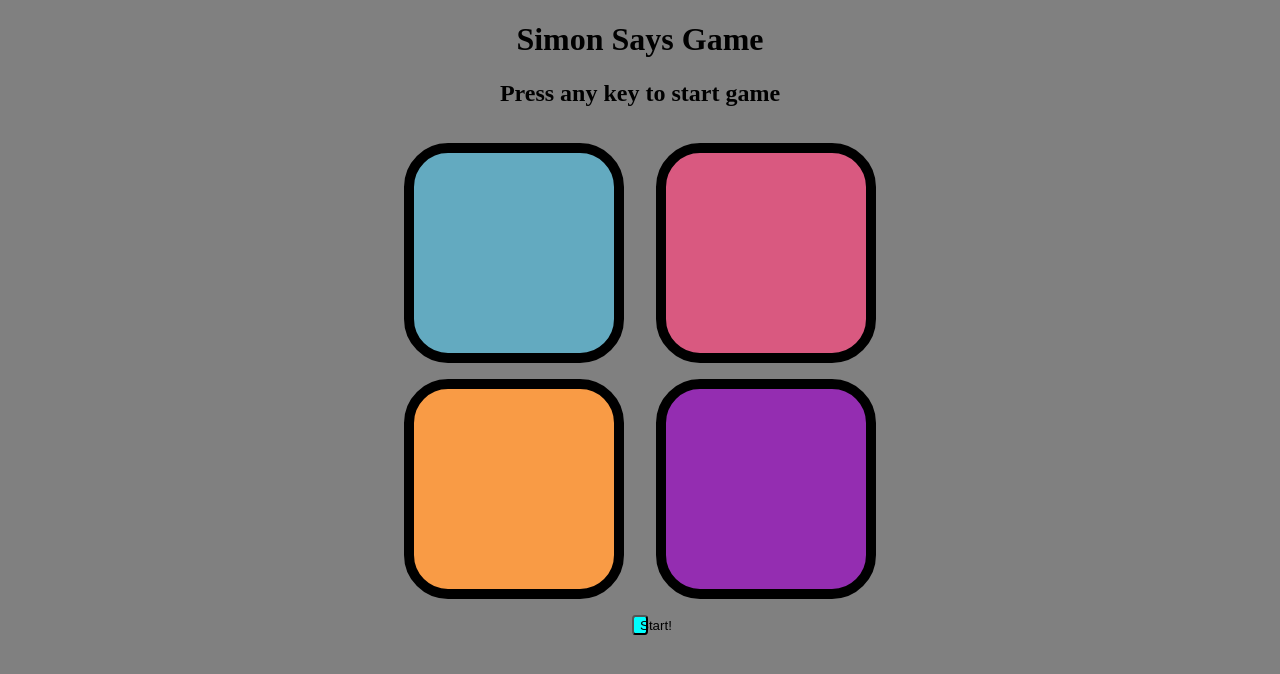
Repository: Ruchii02/javascript-mini-project
Page: index.html
These files come from the project's save history. The page is drawn as it stood at one moment and after the next save; the edit follows.
The browser window is 1280 px wide. The pictures show the whole page.

Above is the page before, as saved 2024-07-02 11:44:48.

### index.html
<!DOCTYPE html>
<html lang="en">
<head>
    <meta charset="UTF-8">
    <meta name="viewport" content="width=device-width, initial-scale=1.0">
    <title>Document</title>
    <link rel="stylesheet" href="style.css">
</head>
<body>
   <h1>Simon Says Game</h1>
   <h2>Press any key to start game</h2>
   <div class="btn-container">
    <div class="fline">
        <div class="btn green" type="button" id="green"></div>
        <div class="btn yellow" type="button" id="yellow"></div>
    </div>
    <div class="sline">
        <div class="btn red" type="button" id="red"></div>
        <div class="btn blue" type="button" id="blue"></div>
    </div>
   </div>
   <button class="sbtn">Start!</button>
   <script src="app.js"></script>
</body>
</html>

### style.css
body{
    text-align: center;
    background-color:gray;
}
.btn{
    height: 200px;
    width: 200px;
    border-radius: 20%;
    border: 10px solid black;
    margin: 1rem;

}
.sbtn{
    height: 20px;
    width: 10px;
    border-radius:20%;
    background-color: aqua;
}
.btn-container{
    display: flex;
    justify-content: center;

}
.yellow{
    background-color:#f99b45;
}
.red{
    background-color:#d95980;
}
.green{
    background-color:#63aac0;
}
.blue{
    background-color:#942db1;
}
.flash{
    background-color: white;
}
.userFlash{
    background-color: rgb(107, 209, 107);
}

### app.js
let gameSeq=[];
let userSeq=[];
 let start = false;
 let level=0;
let btns =["yellow","green","red" , "blue"];
let h2= document.querySelector("h2");

 document.addEventListener("keypress" , function(){
   if(start==false){
    console.log("game started");
    start = true;

     levelup();
   }
 });

 function btnFlash(btn){
    btn.classList.add("flash");
    //let f = document.querySelector(".flash");
    //f.background-color(white);
    setTimeout(function() {
      btn.classList.remove("flash");

    } , 250);
 }
 function userFlash(btn){
  btn.classList.add("userFlash");
  setTimeout(function() {
    btn.classList.remove("userFlash");

  } , 250);
}

 function levelup(){
  userSeq = [];
    level++;
    h2.innerText=`Level ${level}`;
     let ranInd = Math.floor(Math.random()*3);
     let ranCol= btns[ranInd];
     let ranBtn = document.querySelector(`.${ranCol}`);
     gameSeq.push(ranCol);
     btnFlash(ranBtn);
    }

    function checkAns( idx ){
      if(userSeq[idx] === gameSeq[idx]){
       if(userSeq.length == gameSeq.length){
       setTimeout(levelup,1000);
       }
      }else{
        h2.innerText   = `Game Over!<br> Your score was :<b> ${level}</b> <br>Press any key to start`;
        document.querySelector("body").style.backgroundColor = "red";
        setTimeout(function(){
          document.querySelector("body").style.backgroundColor = "gray";
        } , 150)
        reset()
      }


    }

    function btnPress (){
      let btn = this;
      userFlash(btn);
      //console.log("btn was pressed");

      userColor = btn.getAttribute("id");
      userSeq.push(userColor);

      checkAns(userSeq.length-1);

    }

    let allBtns = document.querySelectorAll(".btn");
    for(btn of allBtns){
      btn.addEventListener("click" , btnPress);
    }

    function reset(){
      start = false ;
      gameSeq = [];
      userSeq = [];
      level = 0;
    }

After the next save:
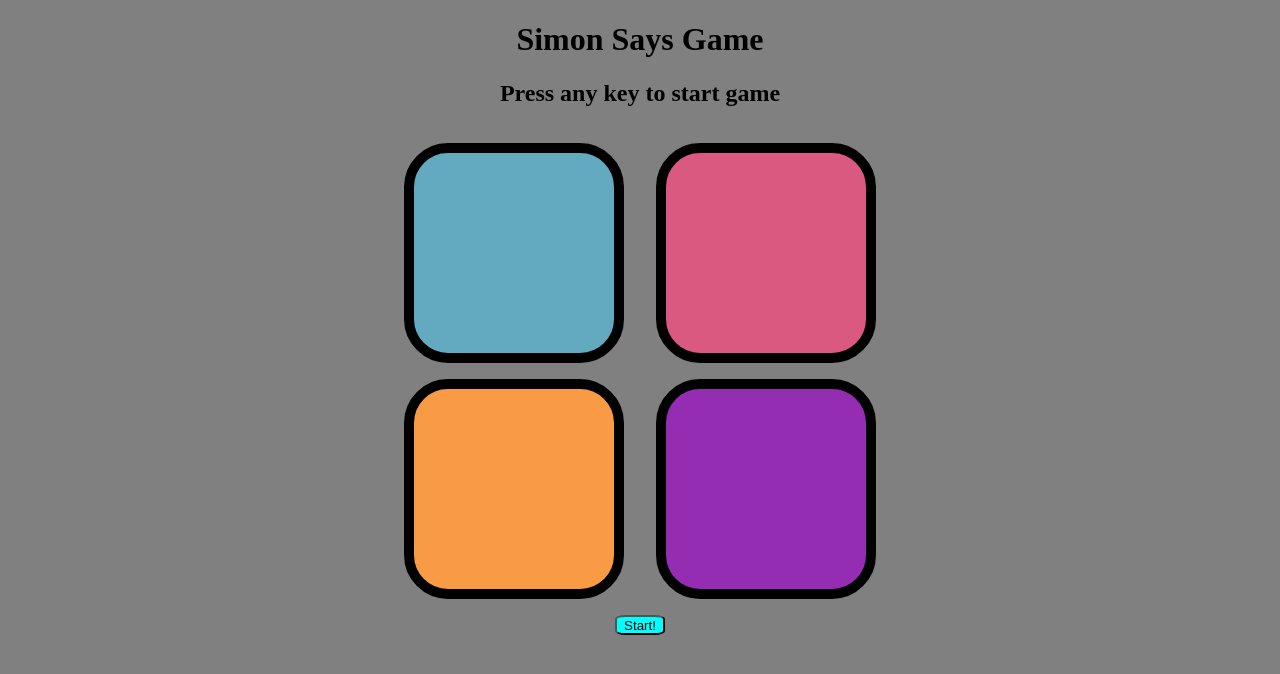
Saved 11 s later.
--- a/style.css
+++ b/style.css
@@ -12,7 +12,7 @@ body{
 }
 .sbtn{
     height: 20px;
-    width: 10px;
+    width: 50px;
     border-radius:20%;
     background-color: aqua;
 }
